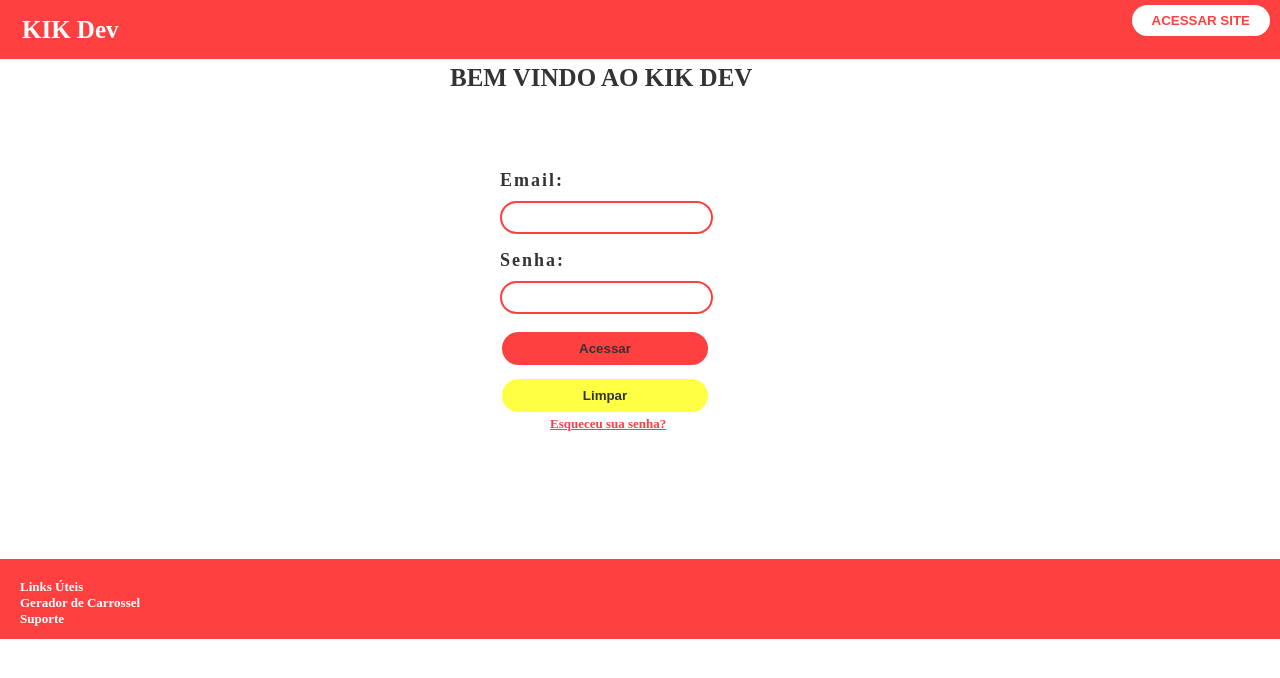
Repository: devgabrielvieira/kikdev
Page: index.html
An editor plug-in stored every save of this project. The page is shown before and after the next save, followed by the edit.
The browser window is 1280 px wide. The pictures show the whole page.

Above is the page before, as saved 2022-10-30 20:39:26.

After the next save:
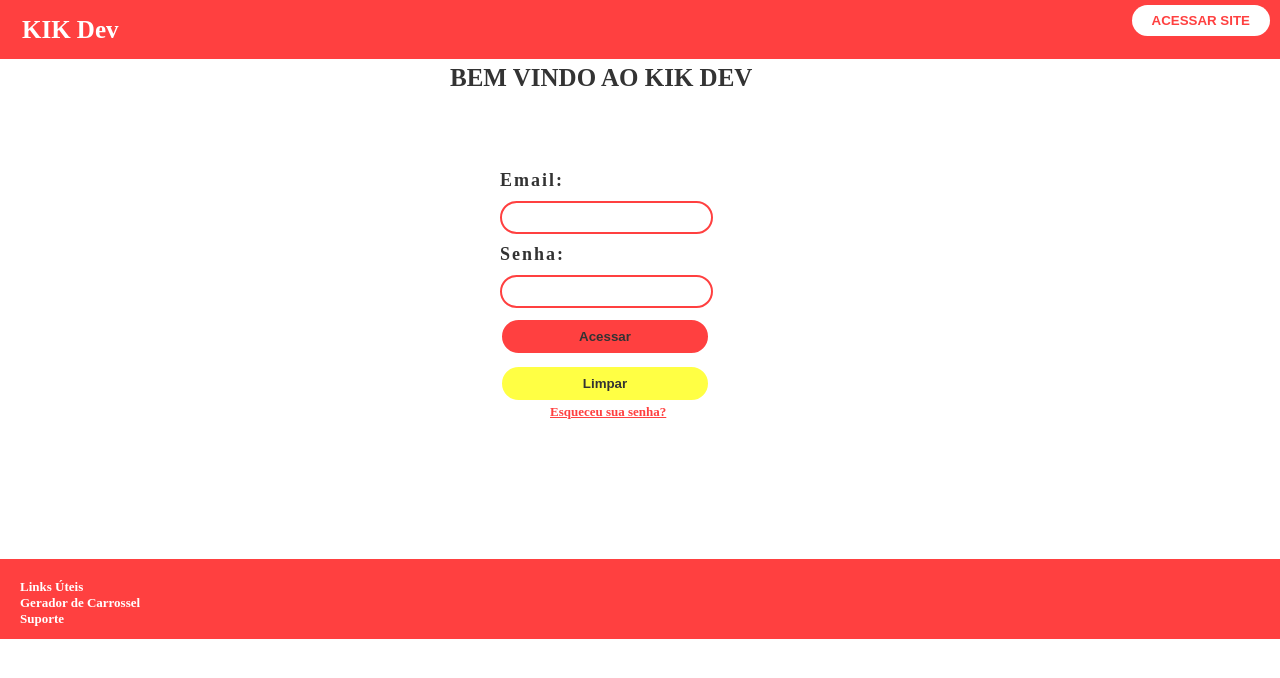
Saved 11 s later.
--- a/style.css
+++ b/style.css
@@ -133,7 +133,7 @@ label {
 input[type="submit"],
 label {
   margin: 10px 50px 0 500px;
-  margin-top: 1rem;
+  /* margin-top: 1rem; */
   color: #333333;
 }
 
